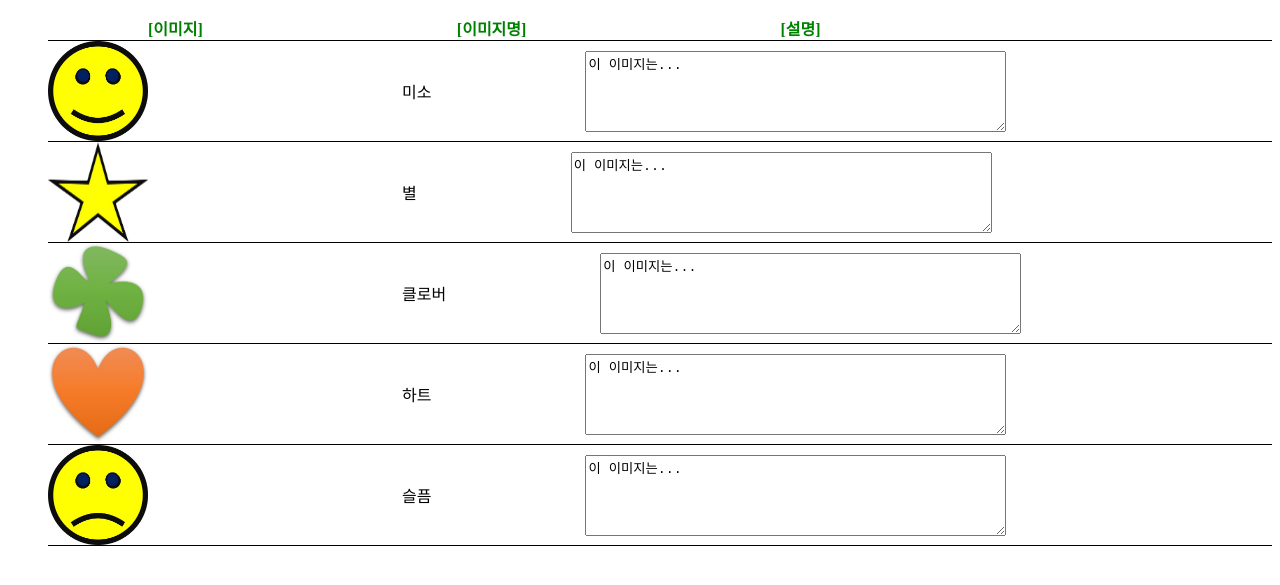
Repository: jpg723/Assignment
Page: http://localhost/LAB5_5/LAB5_5.jsp
These files come from the project's save history. The page is drawn as it stood at one moment and after the next save; the edit follows.
The browser window is 1280 px wide. The pictures show the whole page.
The page is served by Tomcat 9.

Above is the page before, as saved 2021-10-31 10:07:11.

After the next save:
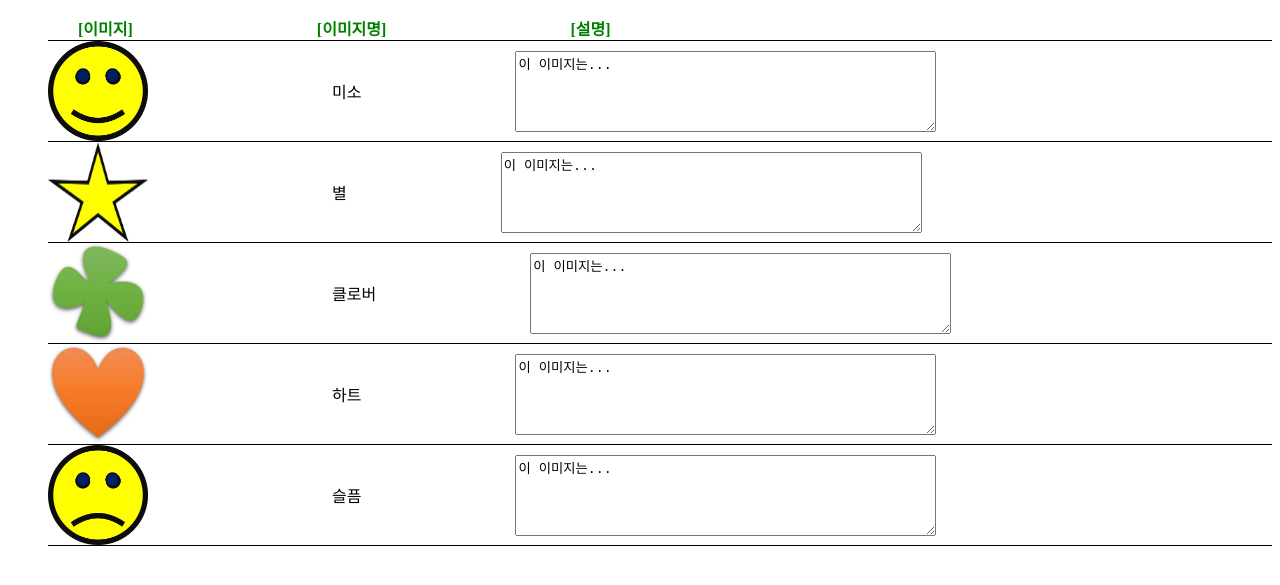
Saved 23 s later.
--- a/웹프로그래밍/LAB5_5/src/main/webapp/LAB5_5.jsp
+++ b/웹프로그래밍/LAB5_5/src/main/webapp/LAB5_5.jsp
@@ -18,7 +18,7 @@
 }
 
 ul li span{
-	margin: 0px 150px 40px 100px;
+	margin: 0px 150px 40px 30px;
 	vertical-align: middle;
 }
 

After the 5 saves that followed:
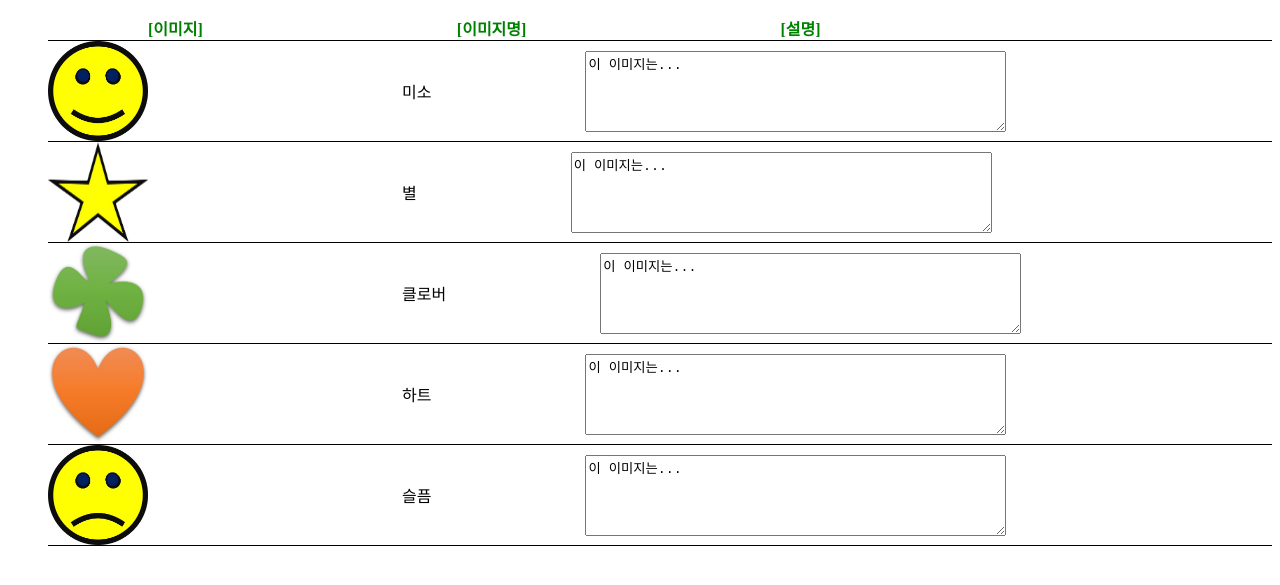
The 5 saves are shown as one change because 4 left the picture as it was.
The last was saved 4 min 32 s later.
--- a/웹프로그래밍/LAB5_5/src/main/webapp/LAB5_5.jsp
+++ b/웹프로그래밍/LAB5_5/src/main/webapp/LAB5_5.jsp
@@ -18,7 +18,7 @@
 }
 
 ul li span{
-	margin: 0px 150px 40px 30px;
+	margin: 0px 150px 40px 100px;
 	vertical-align: middle;
 }
 
